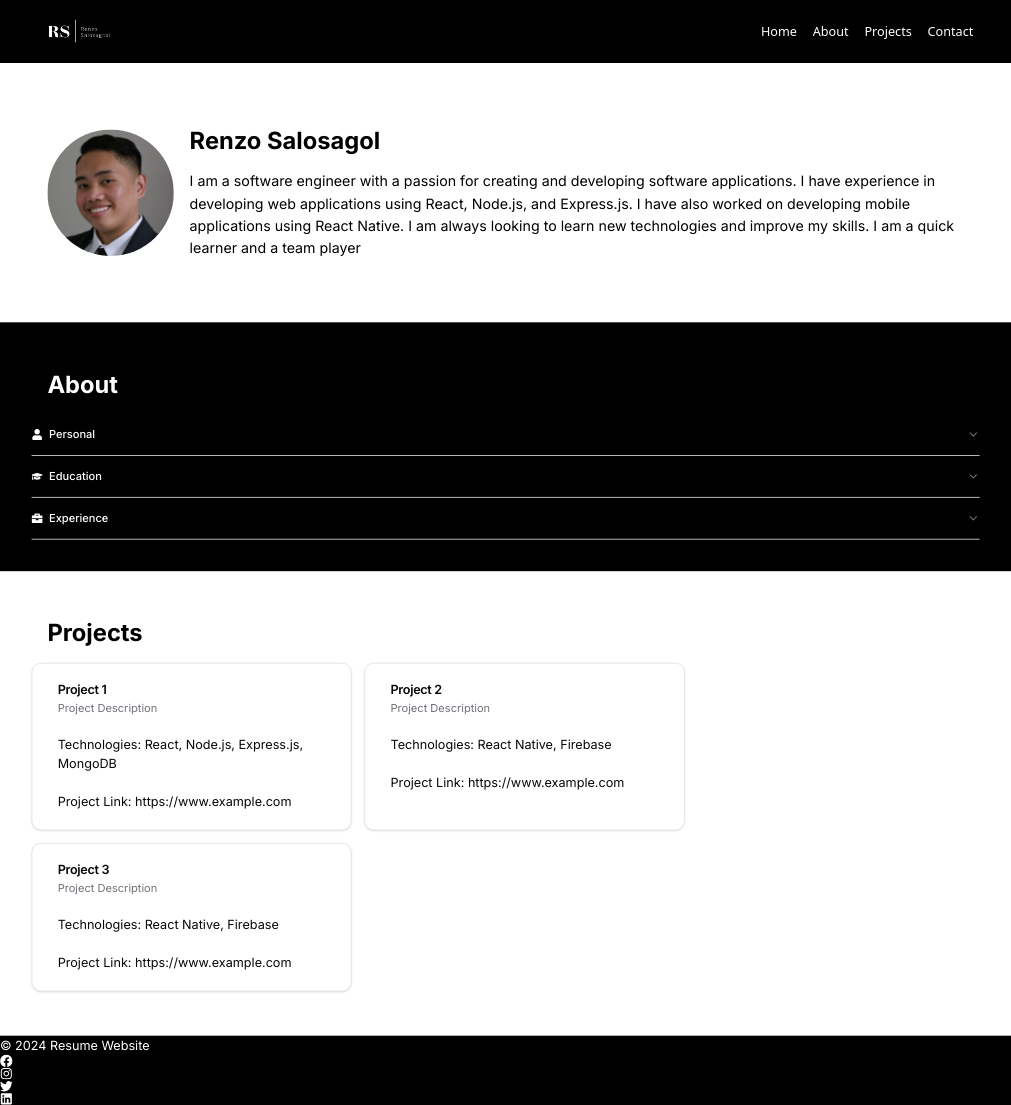
Repository: Renzo-Salosagcol/Portfolio-Website
Page: / (app in resume_website/)
These files come from the project's save history. The page is drawn as it stood at one moment and after the next save; the edit follows.
The browser window is 1280 px wide. The pictures show the whole page, at 79% of full size.
The project was rebuilt for these pictures with package versions that can differ from the ones it lists, and the page was loaded fresh each time. Also part of the build but not shown: resume_website/vite.config.js.

Above is the page before, as saved 2024-12-11 16:15:10.

### resume_website/index.html
<!doctype html>
<html lang="en">
  <head>
    <meta charset="UTF-8" />
    <link rel="icon" type="image/svg+xml" href="/vite.svg" />
    <meta name="viewport" content="width=device-width, initial-scale=1.0" />
    <title>Renzo Salosagcol</title>
  </head>
  <body>
    <div id="root"></div>
    <script type="module" src="/src/main.jsx"></script>
  </body>
</html>

### resume_website/src/index.css
@import url('https://fonts.googleapis.com/css2?family=Inter:opsz,wght@14..32,100..900&family=Roboto:wght@400;500;700&display=swap');

@tailwind base;
@tailwind components;
@tailwind utilities;

:root {
  font-family: "Inter", sans-serif;
}

### resume_website/src/App.jsx
import Nav from './components/Nav'
import Hero from "./components/Hero";
import About from "./components/about";
import Projects from "./components/projects";
import Footer from "./components/footer";

const App = () => {
  return (
    <div>
      <div class="fixed h-full w-full bg-blue"><div class="absolute bottom-0 left-0 right-0 top-0 bg-[url(&#x27;/noise.png&#x27;)] bg-[size:300px_300px] bg-left-top"></div>
      </div>
      <nav className="fixed block w-full h-20 top-0">
        <Nav />
      </nav>
      <main className="mt-20">
        <Hero />
        <About />
        <Projects />
      </main>
      <footer>
        <Footer />
      </footer>
    </div>
  )
}

export default App;

### resume_website/src/components/Nav.jsx
import logoImage from "../assets/InitialPortfolioLogo.png";
import {
  NavigationMenu,
  NavigationMenuContent,
  NavigationMenuIndicator,
  NavigationMenuItem,
  NavigationMenuLink,
  NavigationMenuList,
  NavigationMenuTrigger,
  NavigationMenuViewport,
} from "../components/ui/navigation-menu";
import { navigationMenuTriggerStyle } from "../components/ui/navigation-menu";


const Nav = () => {
  return (
    <nav className="flex items-center bg-black w-full justify-between h-10 p-10 top-0">
      <div className="mx-5 flex-shrink-0">
        <img className="w-20 h-15" src={logoImage} alt="logo" />
      </div>
      <div className="flex-1 flex justify-end text-white">
        <NavigationMenu className="font-sans w-max">
          <NavigationMenuList className="flex">
            <NavigationMenuItem className="flex-1 px-2">
              <NavigationMenuLink href="#" className="hover:underline">Home</NavigationMenuLink>
            </NavigationMenuItem>
            <NavigationMenuItem className="flex-1 px-2">
              <NavigationMenuLink href="#" className="hover:underline">About</NavigationMenuLink>
            </NavigationMenuItem>
            <NavigationMenuItem className="flex-1 px-2">
              <NavigationMenuLink href="#" className="hover:underline">Projects</NavigationMenuLink>
            </NavigationMenuItem>
            <NavigationMenuItem className="flex-1 px-2">
              <NavigationMenuLink href="#" className="hover:underline">Contact</NavigationMenuLink>
            </NavigationMenuItem>
          </NavigationMenuList>
        </NavigationMenu>
      </div>
    </nav>
  );
}

export default Nav;

### resume_website/src/components/Hero.jsx
import profilePic from "../assets/ProfilePic.png";
import {HERO_INFO} from "../assets/constants";

const Hero = () => {
  return (
    <div className="bg-white text-black w-full flex items-center justify-between py-20 px-10">
      <img src={ profilePic } alt="profile" className="w-50 h-40 rounded-full mx-5"/>
      <div className="justify-items-start">
        <h1 className="text-3xl font-bold mb-5">Renzo Salosagol</h1>
        <p className="text-lg">{HERO_INFO}</p>
      </div>
    </div>
  );
};

export default Hero;

### resume_website/src/components/about.jsx
import {
  Accordion,
  AccordionContent,
  AccordionItem,
  AccordionTrigger,
} from "@/components/ui/accordion"
import { PERSONAL_INFO, EDUCATION_INFO, EXPERIENCE_INFO } from "../assets/constants";
import { FaBriefcase, FaUser, FaGraduationCap } from "react-icons/fa"


const About = () => {
  return (
    <div className="p-10 bg-black text-white">
      <h1 className="text-3xl font-bold p-5">About</h1>
      <Accordion type="multiple" collapsible className="w-full">
        <AccordionItem value="item-1" className="">
          <AccordionTrigger className="justify-items-center"><div className="flex items-center"><FaUser /><div className="ml-2">Personal</div></div></AccordionTrigger>
          <AccordionContent>
            <div>{ PERSONAL_INFO }</div>
          </AccordionContent>
        </AccordionItem>
        <AccordionItem value="item-2">
        <AccordionTrigger className="justify-items-center"><div className="flex items-center"><FaGraduationCap /><div className="ml-2">Education</div></div></AccordionTrigger>
          <AccordionContent>
            <div>{ EDUCATION_INFO }</div>
          </AccordionContent>
        </AccordionItem>
        <AccordionItem value="item-3">
        <AccordionTrigger className="justify-items-center"><div className="flex items-center"><FaBriefcase /><div className="ml-2">Experience</div></div></AccordionTrigger>
          <AccordionContent>
            <div>{ EXPERIENCE_INFO }</div>
          </AccordionContent>
        </AccordionItem>
      </Accordion>
    </div>
  );
}

export default About;

### resume_website/src/components/projects.jsx
import {
  Card,
  CardContent,
  CardDescription,
  CardFooter,
  CardHeader,
  CardTitle,
} from "@/components/ui/card"

const Projects = () => {
  return (
    <div className="p-10">
      <h1 className="text-3xl font-bold p-5">Projects</h1>
      <div className="flex flex-col md:flex-row md:flex-wrap md:-mx-2">
        <Card className="mb-4 md:w-1/2 lg:w-1/3 md:px-2 mx-2">
          <CardHeader>
            <CardTitle>Project 1</CardTitle>
            <CardDescription>Project Description</CardDescription>
          </CardHeader>
          <CardContent>
            <p>Technologies: React, Node.js, Express.js, MongoDB</p>
          </CardContent>
          <CardFooter>
            <p>Project Link: <a href="https://www.example.com">https://www.example.com</a></p>
          </CardFooter>
        </Card>
        <Card className="mb-4 md:w-1/2 lg:w-1/3 md:px-2 mx-2">
          <CardHeader>
            <CardTitle>Project 2</CardTitle>
            <CardDescription>Project Description</CardDescription>
          </CardHeader>
          <CardContent>
            <p>Technologies: React Native, Firebase</p>
          </CardContent>
          <CardFooter>
            <p>Project Link: <a href="https://www.example.com">https://www.example.com</a></p>
          </CardFooter>
        </Card>
        <Card className="mb-4 md:w-1/2 lg:w-1/3 md:px-2 mx-2">
          <CardHeader>
            <CardTitle>Project 3</CardTitle>
            <CardDescription>Project Description</CardDescription>
          </CardHeader>
          <CardContent>
            <p>Technologies: React Native, Firebase</p>
          </CardContent>
          <CardFooter>
            <p>Project Link: <a href="https://www.example.com">https://www.example.com</a></p>
          </CardFooter>
        </Card>
      </div>
    </div>
  );
}

export default Projects;

### resume_website/src/components/footer.jsx
import { FaFacebook, FaInstagram, FaTwitter, FaLinkedin} from 'react-icons/fa';

const Footer = () => {
  return (
    <footer className="bg-black text-white">
      <p>© 2024 Resume Website</p>
      <div className='inline'>
        <FaFacebook />
        <FaInstagram />
        <FaTwitter />
        <FaLinkedin />
      </div>
    </footer>
  );
}

export default Footer;

### resume_website/src/components/ui/navigation-menu.jsx
import * as React from "react"
import * as NavigationMenuPrimitive from "@radix-ui/react-navigation-menu"
import { cva } from "class-variance-authority"
import { ChevronDown } from "lucide-react"

import { cn } from "@/lib/utils"

const NavigationMenu = React.forwardRef(({ className, children, ...props }, ref) => (
  <NavigationMenuPrimitive.Root
    ref={ref}
    className={cn(
      "relative z-10 flex max-w-max flex-1 items-center justify-center",
      className
    )}
    {...props}>
    {children}
    <NavigationMenuViewport />
  </NavigationMenuPrimitive.Root>
))
NavigationMenu.displayName = NavigationMenuPrimitive.Root.displayName

const NavigationMenuList = React.forwardRef(({ className, ...props }, ref) => (
  <NavigationMenuPrimitive.List
    ref={ref}
    className={cn(
      "group flex flex-1 list-none items-center justify-center space-x-1",
      className
    )}
    {...props} />
))
NavigationMenuList.displayName = NavigationMenuPrimitive.List.displayName

const NavigationMenuItem = NavigationMenuPrimitive.Item

const navigationMenuTriggerStyle = cva(
  "group inline-flex h-9 w-max items-center justify-center rounded-md bg-white px-4 py-2 text-sm font-medium transition-colors hover:bg-zinc-100 hover:text-zinc-900 focus:bg-zinc-100 focus:text-zinc-900 focus:outline-none disabled:pointer-events-none disabled:opacity-50 data-[active]:bg-zinc-100/50 data-[state=open]:bg-zinc-100/50 dark:bg-zinc-950 dark:hover:bg-zinc-800 dark:hover:text-zinc-50 dark:focus:bg-zinc-800 dark:focus:text-zinc-50 dark:data-[active]:bg-zinc-800/50 dark:data-[state=open]:bg-zinc-800/50"
)

const NavigationMenuTrigger = React.forwardRef(({ className, children, ...props }, ref) => (
  <NavigationMenuPrimitive.Trigger
    ref={ref}
    className={cn(navigationMenuTriggerStyle(), "group", className)}
    {...props}>
    {children}{""}
    <ChevronDown
      className="relative top-[1px] ml-1 h-3 w-3 transition duration-300 group-data-[state=open]:rotate-180"
      aria-hidden="true" />
  </NavigationMenuPrimitive.Trigger>
))
NavigationMenuTrigger.displayName = NavigationMenuPrimitive.Trigger.displayName

const NavigationMenuContent = React.forwardRef(({ className, ...props }, ref) => (
  <NavigationMenuPrimitive.Content
    ref={ref}
    className={cn(
      "left-0 top-0 w-full data-[motion^=from-]:animate-in data-[motion^=to-]:animate-out data-[motion^=from-]:fade-in data-[motion^=to-]:fade-out data-[motion=from-end]:slide-in-from-right-52 data-[motion=from-start]:slide-in-from-left-52 data-[motion=to-end]:slide-out-to-right-52 data-[motion=to-start]:slide-out-to-left-52 md:absolute md:w-auto",
      className
    )}
    {...props} />
))
NavigationMenuContent.displayName = NavigationMenuPrimitive.Content.displayName

const NavigationMenuLink = NavigationMenuPrimitive.Link

const NavigationMenuViewport = React.forwardRef(({ className, ...props }, ref) => (
  <div className={cn("absolute left-0 top-full flex justify-center")}>
    <NavigationMenuPrimitive.Viewport
      className={cn(
        "origin-top-center relative mt-1.5 h-[var(--radix-navigation-menu-viewport-height)] w-full overflow-hidden rounded-md border border-zinc-200 bg-white text-zinc-950 shadow data-[state=open]:animate-in data-[state=closed]:animate-out data-[state=closed]:zoom-out-95 data-[state=open]:zoom-in-90 md:w-[var(--radix-navigation-menu-viewport-width)] dark:border-zinc-800 dark:bg-zinc-950 dark:text-zinc-50",
        className
      )}
      ref={ref}
      {...props} />
  </div>
))
NavigationMenuViewport.displayName =
  NavigationMenuPrimitive.Viewport.displayName

const NavigationMenuIndicator = React.forwardRef(({ className, ...props }, ref) => (
  <NavigationMenuPrimitive.Indicator
    ref={ref}
    className={cn(
      "top-full z-[1] flex h-1.5 items-end justify-center overflow-hidden data-[state=visible]:animate-in data-[state=hidden]:animate-out data-[state=hidden]:fade-out data-[state=visible]:fade-in",
      className
    )}
    {...props}>
    <div
      className="relative top-[60%] h-2 w-2 rotate-45 rounded-tl-sm bg-zinc-200 shadow-md dark:bg-zinc-800" />
  </NavigationMenuPrimitive.Indicator>
))
NavigationMenuIndicator.displayName =
  NavigationMenuPrimitive.Indicator.displayName

export {
  navigationMenuTriggerStyle,
  NavigationMenu,
  NavigationMenuList,
  NavigationMenuItem,
  NavigationMenuContent,
  NavigationMenuTrigger,
  NavigationMenuLink,
  NavigationMenuIndicator,
  NavigationMenuViewport,
}

### resume_website/src/assets/constants.js
export const HERO_INFO = "I am a software engineer with a passion for creating and developing software applications. I have experience in developing web applications using React, Node.js, and Express.js. I have also worked on developing mobile applications using React Native. I am always looking to learn new technologies and improve my skills. I am a quick learner and a team player"

export const PERSONAL_INFO = "Personal: John Doe is located in Fullerton, California, United States. Contact: johndoe@example.com | (123) 456-7890. LinkedIn: linkedin.com/in/johndoe. Passionate and results-oriented software engineer with 5+ years of experience in developing scalable web applications. Adept at collaborating with cross-functional teams and committed to staying updated with the latest industry trends."

export const EDUCATION_INFO = "Education: Master of Science in Computer Science, University of California, Irvine, CA. Graduated: June 2022. Relevant Courses: Advanced Algorithms, Machine Learning, Distributed Systems. Bachelor of Science in Computer Science, California State University, Fullerton, CA. Graduated: May 2020. Relevant Courses: Data Structures, Database Management, Software Engineering."

export const EXPERIENCE_INFO = "Experience: Software Engineer at Tech Innovators Inc., Los Angeles, CA (June 2022 - Present). Developed and maintained web applications using React, Node.js, and MongoDB. Implemented RESTful APIs to enhance the functionality of the company's services. Collaborated with the product team to design and optimize user experiences. Junior Software Developer at Web Solutions LLC, Anaheim, CA (August 2020 - May 2022). Assisted in the development of e-commerce websites using HTML, CSS, and JavaScript. Worked closely with senior developers to troubleshoot and resolve software issues. Participated in code reviews and contributed to the improvement of development processes. Intern at Digital Innovations, Santa Ana, CA (June 2019 - August 2019). Supported the development of mobile applications using Flutter. Conducted testing and debugging to ensure app functionality and performance. Engaged in team meetings to discuss project progress and challenges."

### resume_website/src/components/ui/accordion.jsx
import * as React from "react"
import * as AccordionPrimitive from "@radix-ui/react-accordion"
import { ChevronDown } from "lucide-react"

import { cn } from "@/lib/utils"

const Accordion = AccordionPrimitive.Root

const AccordionItem = React.forwardRef(({ className, ...props }, ref) => (
  <AccordionPrimitive.Item ref={ref} className={cn("border-b", className)} {...props} />
))
AccordionItem.displayName = "AccordionItem"

const AccordionTrigger = React.forwardRef(({ className, children, ...props }, ref) => (
  <AccordionPrimitive.Header className="flex">
    <AccordionPrimitive.Trigger
      ref={ref}
      className={cn(
        "flex flex-1 items-center justify-between py-4 text-sm font-medium transition-all hover:underline text-left [&[data-state=open]>svg]:rotate-180",
        className
      )}
      {...props}>
      {children}
      <ChevronDown
        className="h-4 w-4 shrink-0 text-zinc-500 transition-transform duration-200 dark:text-zinc-400" />
    </AccordionPrimitive.Trigger>
  </AccordionPrimitive.Header>
))
AccordionTrigger.displayName = AccordionPrimitive.Trigger.displayName

const AccordionContent = React.forwardRef(({ className, children, ...props }, ref) => (
  <AccordionPrimitive.Content
    ref={ref}
    className="overflow-hidden text-sm data-[state=closed]:animate-accordion-up data-[state=open]:animate-accordion-down"
    {...props}>
    <div className={cn("pb-4 pt-0", className)}>{children}</div>
  </AccordionPrimitive.Content>
))
AccordionContent.displayName = AccordionPrimitive.Content.displayName

export { Accordion, AccordionItem, AccordionTrigger, AccordionContent }

### resume_website/src/components/ui/card.jsx
import * as React from "react"

import { cn } from "@/lib/utils"

const Card = React.forwardRef(({ className, ...props }, ref) => (
  <div
    ref={ref}
    className={cn(
      "rounded-xl border border-zinc-200 bg-white text-zinc-950 shadow dark:border-zinc-800 dark:bg-zinc-950 dark:text-zinc-50",
      className
    )}
    {...props} />
))
Card.displayName = "Card"

const CardHeader = React.forwardRef(({ className, ...props }, ref) => (
  <div
    ref={ref}
    className={cn("flex flex-col space-y-1.5 p-6", className)}
    {...props} />
))
CardHeader.displayName = "CardHeader"

const CardTitle = React.forwardRef(({ className, ...props }, ref) => (
  <div
    ref={ref}
    className={cn("font-semibold leading-none tracking-tight", className)}
    {...props} />
))
CardTitle.displayName = "CardTitle"

const CardDescription = React.forwardRef(({ className, ...props }, ref) => (
  <div
    ref={ref}
    className={cn("text-sm text-zinc-500 dark:text-zinc-400", className)}
    {...props} />
))
CardDescription.displayName = "CardDescription"

const CardContent = React.forwardRef(({ className, ...props }, ref) => (
  <div ref={ref} className={cn("p-6 pt-0", className)} {...props} />
))
CardContent.displayName = "CardContent"

const CardFooter = React.forwardRef(({ className, ...props }, ref) => (
  <div
    ref={ref}
    className={cn("flex items-center p-6 pt-0", className)}
    {...props} />
))
CardFooter.displayName = "CardFooter"

export { Card, CardHeader, CardFooter, CardTitle, CardDescription, CardContent }

Loaded but not shown: resume_website/src/main.jsx (common file); resume_website/src/lib/utils.js (common file); resume_website/tailwind.config.js (common file)

After the next save:
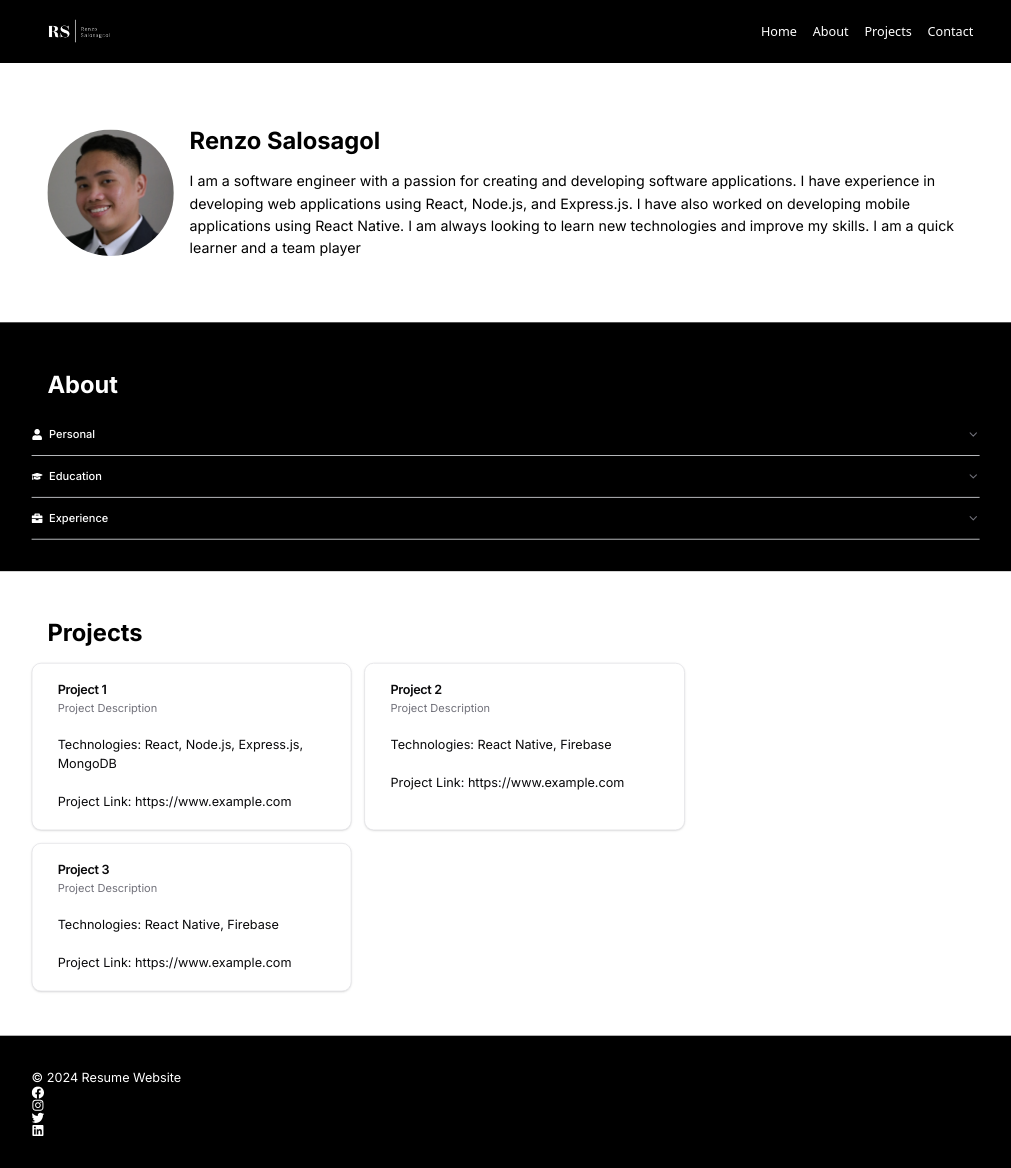
Saved 4 min 20 s later.
--- a/resume_website/src/components/footer.jsx
+++ b/resume_website/src/components/footer.jsx
@@ -2,7 +2,7 @@ import { FaFacebook, FaInstagram, FaTwitter, FaLinkedin} from 'react-icons/fa';
 
 const Footer = () => {
   return (
-    <footer className="bg-black text-white">
+    <footer className="bg-black text-white p-10">
       <p>© 2024 Resume Website</p>
       <div className='inline'>
         <FaFacebook />
